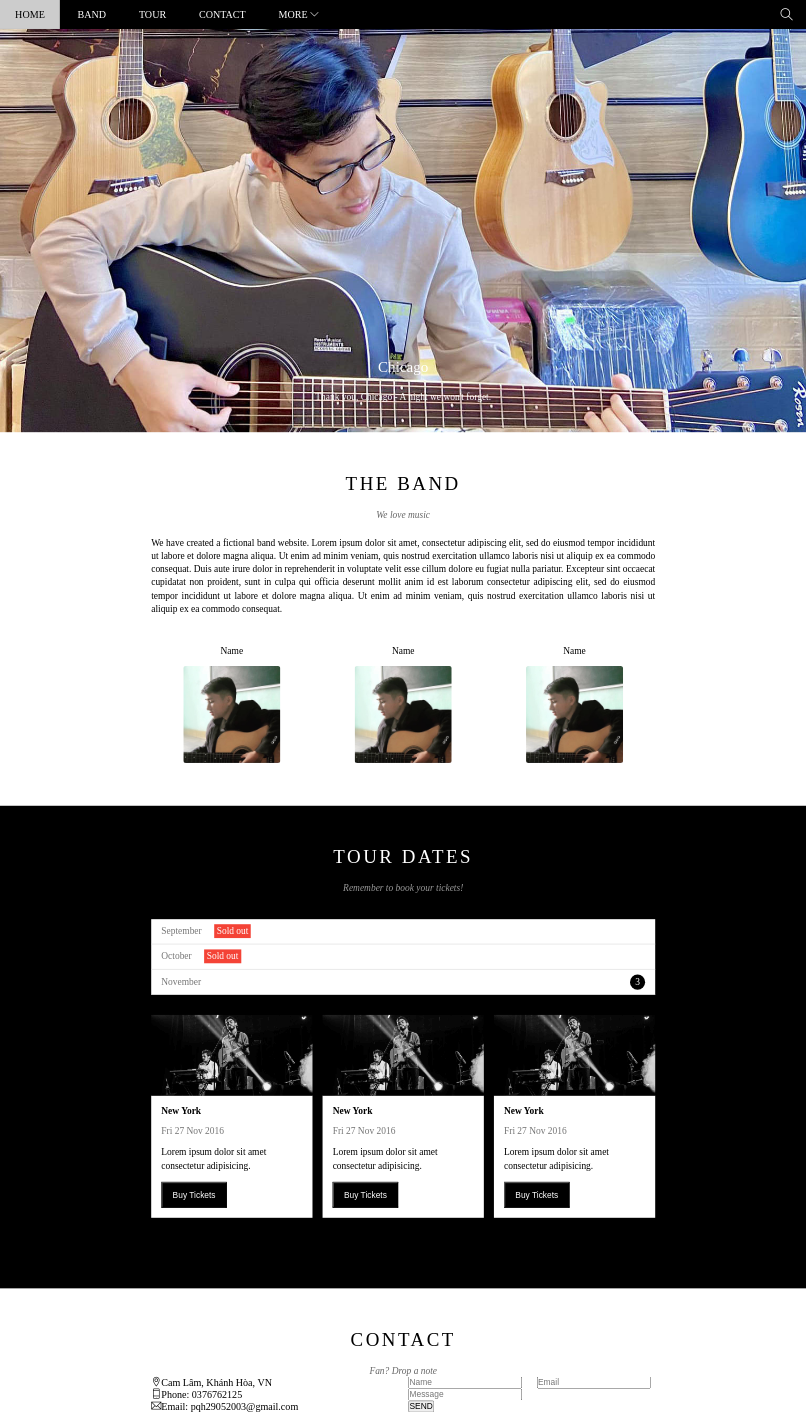
Repository: quochung2k3/Web-Team
Page: index.html
The author's editor kept a copy of each file at every save. The page is drawn from the files as they stood at one save, then again after the next save.
The browser window is 1280 px wide. The pictures show the whole page, at 63% of full size.

Above is the page before, as saved 2023-08-14 22:10:19.

### index.html
<!DOCTYPE html>
<html lang="en">
<head>
    <meta charset="UTF-8">
    <meta name="viewport" content="width=device-width, initial-scale=1.0">
    <title>Web The Band</title>
    <link rel="stylesheet" href="./assets/css/style.css">
    <link rel="stylesheet" href="./assets/fonts/themify-icons/themify-icons.css">
</head>
<body>
    <div id="wrapper">
        <div id="header">
            <ul id="nav">
                <li><a href="">Home</a></li>
                <li><a href="">Band</a></li>
                <li><a href="">Tour</a></li>
                <li><a href="">Contact</a></li>
                <li>
                    <a href="">
                        More
                        <i class="nav-arrow-down ti-angle-down"></i>
                    </a>
                    <ul class="subnav">
                        <li><a href="">Merchandise</a></li>
                        <li><a href="">Extras</a></li>
                        <li><a href="">Media</a></li>
                    </ul>
                </li>
            </ul>
            <div class="search-button">
                <i class="search-icon ti-search"></i>
            </div>
        </div>

        <div id="slider">
            <div class="text-content">
                <h2 class="text-heading">Chicago</h2>
                <div class="text-description">Thank you, Chicago - A night we won't forget.</div>
            </div>
        </div>

        <div id="content">
            <div class="content-section">
                <h2 class="section-heading">THE BAND</h2>
                <p class="section-sub-heading">We love music</p>
                <p class="about-text">
                    We have created a fictional band website. Lorem ipsum dolor sit amet, consectetur adipiscing elit, sed do eiusmod tempor incididunt ut labore et dolore magna aliqua. Ut enim ad minim veniam, quis nostrud exercitation ullamco laboris nisi ut aliquip ex ea commodo consequat. Duis aute irure dolor in reprehenderit in voluptate velit esse cillum dolore eu fugiat nulla pariatur. Excepteur sint occaecat cupidatat non proident, sunt in culpa qui officia deserunt mollit anim id est laborum consectetur adipiscing elit, sed do eiusmod tempor incididunt ut labore et dolore magna aliqua. Ut enim ad minim veniam, quis nostrud exercitation ullamco laboris nisi ut aliquip ex ea commodo consequat.

                </p>
                <div class="row member-list">
                    <div class="col col-third member-items text-center">
                        <p class="member-name">Name</p>
                        <img src="./assets/img/slider2.jpg" alt="" class="member-img">
                    </div>

                    <div class="col col-third member-items text-center">
                        <p class="member-name">Name</p>
                        <img src="./assets/img/slider2.jpg" alt="" class="member-img">
                    </div>

                    <div class="col col-third member-items text-center">
                        <p class="member-name">Name</p>
                        <img src="./assets/img/slider2.jpg" alt="" class="member-img">
                    </div>
                    <div class="clear"></div>
                </div>
            </div>
            <div class="tour-section">
                <div class="content-section">
                    <h2 class="section-heading text-white">TOUR DATES</h2>
                    <p class="section-sub-heading text-white">Remember to book your tickets!</p>
                    <ul class="tickets-list">
                        <li>September <span class="sold-out">Sold out</span></li>
                        <li>October <span class="sold-out">Sold out</span></li>
                        <li>November <span class="quantity">3</span></li>
                    </ul>
                    <div class="row places-List">
                        <div class="col col-third">
                            <img src="./assets/img/slider1.jpg" alt="New York" class="place-img">
                            <div class="place-body">
                                <h3 class="place-heading">New York</h3>
                                <p class="place-time">Fri 27 Nov 2016</p>
                                <p class="place-description">Lorem ipsum dolor sit amet consectetur adipisicing.</p>
                                <button class="btn s-full-width js-buy-ticket">Buy Tickets</button>
                            </div>
                        </div>

                        <div class="col col-third">
                            <img src="./assets/img/slider1.jpg" alt="New York" class="place-img">
                            <div class="place-body">
                                <h3 class="place-heading">New York</h3>
                                <p class="place-time">Fri 27 Nov 2016</p>
                                <p class="place-description">Lorem ipsum dolor sit amet consectetur adipisicing.</p>
                                <button class="btn s-full-width js-buy-ticket">Buy Tickets</button>
                            </div>
                        </div>

                        <div class="col col-third">
                            <img src="./assets/img/slider1.jpg" alt="New York" class="place-img">
                            <div class="place-body">
                                <h3 class="place-heading">New York</h3>
                                <p class="place-time">Fri 27 Nov 2016</p>
                                <p class="place-description">Lorem ipsum dolor sit amet consectetur adipisicing.</p>
                                <button class="btn s-full-width js-buy-ticket">Buy Tickets</button>
                            </div>
                        </div>
                        <div class="clear"></div>
                    </div>
                </div>
            </div>
            <div class="content-section">
                <h2 class="section-heading">CONTACT</h2>
                <p class="section-sub-heading">Fan? Drop a note</p>

                <div class="row contact-content">
                    <div class="col col-half">
                        <p><i class="ti-location-pin"></i>Cam Lâm, Khánh Hòa, VN</p>
                        <p><i class="ti-mobile"></i>Phone: 0376762125</p>
                        <p><i class="ti-email"></i>Email: pqh29052003@gmail.com</p>
                    </div>
                    <div class="col col-half">
                        <form action="">
                            <div class="row">
                                <div class="col col-half">
                                    <input type="text" placeholder="Name" class="form-control">
                                </div>
                                <div class="col col-half">
                                    <input type="email" placeholder="Email" class="form-control">
                                </div>
                            </div>
                            <div class="row">
                                <div class="col col-full">
                                    <input type="text" placeholder="Message" class="form-control">
                                </div>
                            </div>
                            <input type="submit" value="SEND">
                        </form>
                    </div>
                </div>
            </div>
        </div>

        <div id="footer">

        </div>

        <div class="modal js-modal">
            <div class="modal-container js-modal-container">
                <div class="modal-close js-modal-close">
                    <i class="ti-close"></i>
                </div>
                <header class="modal-header">
                    <i class="modal-heading-icon ti-bag"></i>
                    Tickets
                </header>

                <div class="modal-body">
                    <label for="ticket-quantity" class="modal-label">
                        <i class="ti-shopping-cart"></i>
                        Tickets, $15 per person
                    </label>
                    <input id="ticket-quantity" type="text" class="modal-input" placeholder="How many?">

                    <label for="ticket-email" class="modal-label">
                        <i class="ti-shopping-cart"></i>
                        Send to
                    </label>
                    <input id="ticket-email" type="text" class="modal-input" placeholder="Enter email ...">

                    <button id="buy-tickets">
                        Pay <i class="ti-check"></i>
                    </button>
                </div>
                <footer class="modal-footer">
                    <p class="modal-help">Need <a href="">help?</a></p>
                </footer>
            </div>
        </div>
    </div>
    <script src="./showBuyTicket.js"></script>
</body>
</html>

### assets/css/style.css
* {
    margin: 0;
    padding: 0;
    box-sizing: border-box;
}

.html {
    font-family: Arial, Helvetica, sans-serif;
}

.clear {
    clear: both;
}

.text-white {
    color: #fff !important;
}

.text-center {
    text-align: center !important;
}

.row {
    margin: 0 -8px;
}

.col {
    float: left;
    padding: 0 8px;
}

.col-full {
    width: 100%;
}

.col-half {
    width: 50%;
}

.col-third {
    width: calc(100%/3);
}

#wrapper {

}

#header {
    position: fixed;
    top: 0;
    left: 0;
    right: 0;
    background-color: #000;
    height: 46px;
    z-index: 1;
}

#nav {
    display: inline-block;
}

#nav .subnav {
    list-style-type: none;
}

#nav > li {
    display: inline-block;
}

#nav li {
    position: relative;
}

#nav > li > a {
    color: #fff;
    text-transform: uppercase;
}

#nav li a {
    text-decoration: none;
    line-height: 46px;
    padding: 0 24px;
    display: block;
}

#nav li:hover .subnav {
    display: block;
}

#nav > li:hover > a,
#nav .subnav li:hover a {
    background-color: #ccc;
    color: #000;
}

#nav .subnav {
    display: none;
    min-width: 160px;
    top: 100%;
    left: 0;
    position: absolute;
    background-color: #fff;
    box-shadow: 0 0 10px rgba(0, 0, 0, 0.3);
}

#nav .subnav a {
    color: #000;
    padding: 0 12px;
    line-height: 38px;
}

#nav .nav-arrow-down {
    font-size: 14px;
}

#header .search-button {
    float: right;
    padding: 0 21px;
}

#header .search-icon {
    color: #fff;
    font-size: 20px;
    line-height: 46px;
}

#header .search-button:hover {
    background-color: #f44336;
    cursor: pointer;
}

#slider {
    margin-top: 46px;
    padding-top: 50%;
    background-image: url(../img/slider3.jpg);
    background-repeat: no-repeat;
    background-size: cover;
    background-position: top center;
    position: relative;
}

#slider .text-content {
    position: absolute;
    bottom: 47px;
    color: #fff;
    width: 100%;
    text-align: center;
}

#slider .text-heading {
    font-weight: 500;
    font-size: 24px;
}

#slider .text-description {
    font-size: 15px;
    margin-top: 25px;
}

#content {

}

#content .content-section {
    width: 800px;
    margin: 0 auto;
    padding: 64px 0;
}

#content .section-heading {
    font-size: 30px;
    font-weight: 500;
    text-align: center;
    letter-spacing: 4px;
}

#content .section-sub-heading {
    font-size: 15px;
    font-style: italic;
    text-align: center;
    margin-top: 25px;
    opacity: 0.6;
}

#content .about-text {
    font-size: 15px;
    margin-top: 25px;
    text-align: justify;
    line-height: 1.4;
}

#content .member-list {
    margin-top: 48px;
}

#content .member-name {
    font-size: 15px;
}

#content .member-img {
    margin-top: 15px;
    width: 154px;
    border-radius: 4px;
}

.tour-section {
    background-color: #000;
}

.tickets-list {
    background-color: #fff;
    margin-top: 40px;
}

.tickets-list li {
    font-size: 15px;
    list-style: none;
    padding: 11px 16px;
    border-bottom: 1px solid #ddd;
    color: #757575;
}

.tickets-list .sold-out {
    background-color: #f44336;
    color: #fff;
    padding: 3px 4px;
    margin-left: 16px;
}

.tickets-list .quantity {
    float: right;
    width: 24px;
    height: 24px;
    background-color: #000;
    color: #fff;
    border-radius: 50%;
    text-align: center;
    line-height: 24px;
    margin-top: -3px;
}

.places-List {
    margin-top: 32px;
    margin-bottom: 48px;
}

.place-img {
    width: 100%;
    display: block;
}

.place-img:hover {
    opacity: 0.6;
}

.place-body {
    background-color: #fff;
    font-size: 15px;
    padding: 16px;
}

.place-heading {
    font-size: 15px;
    font-weight: 600;
}

.place-time {
    margin-top: 15px;
    color: #757575;
}

.place-description {
    margin-top: 15px;
    line-height: 1.4;
}

.s-full-width {
    margin-top: 15px;
    text-decoration: none;
    color: #fff;
    background-color: #000;
    padding: 11px 16px;
    display: inline-block;
}

.s-full-width:hover {
    color: #000;
    background-color: #ccc;
}

/* CONTACT FORM */

.contact-content {

}

#footer {

}

.modal {
    position: fixed;
    top: 0;
    right: 0;
    bottom: 0;
    left: 0;
    background: rgba(0, 0, 0, 0.4);
    display: none;
    align-items: center;
    justify-content: center;
}

.modal.open {
    display: flex;
}

.modal-container {
    background-color: #fff;
    width: 900px;
    max-width: calc(100%-32px);
    min-height: 200px;
    position: relative;
    animation: modalFadeIn ease 0.5s;
}

.modal-close {
    position: absolute;
    top: 0;
    right: 0;
    color: #fff;
    padding: 12px;
    cursor: pointer;
    opacity: 0.8;
}

.modal-close:hover {
    opacity: 1;
}

.ti-close {

}

.modal-header {
    background-color: #009688;
    color: #fff;
    font-size: 30px;
    height: 130px;
    display: flex;
    align-items: center;
    justify-content: center;
}

.modal-heading-icon {
    margin-right: 16px;
}

.modal-body {
    padding: 16px;
}

.modal-label {
    display: block;
    font-size: 15px;
    margin-bottom: 12px;
}

.ti-shopping {

}

.modal-input {
    border: 1px solid #ccc;
    width: 100%;
    padding: 10px;
    font-size: 15px;
    margin-bottom: 24px;
}

#buy-tickets {
    background-color: #009688;
    border: none;
    color: #fff;
    width: 100%;
    font-size: 15px;
    text-transform: uppercase;
    padding: 18px;
    cursor: pointer;
}

#buy-tickets:hover {
    opacity: 0.9;
}

.modal-footer {
    padding: 16px;
    text-align: right;
}

.modal-footer a {
    color: #2196F3;
}

.modal-help {

}

@keyframes modalFadeIn {
    from {
        opacity: 0;
        transform: translateY(-140px);
    }
    to {
        opacity: 1;
        transform: translateY(0);
    }
}

### showBuyTicket.js
const buyBtns = document.querySelectorAll('.js-buy-ticket')
const modal = document.querySelector('.js-modal')
const modalContainer = document.querySelector('.js-modal-container')
const modalClose = document.querySelector('.js-modal-close')
modalClose.addEventListener('click', hideBuyTickets)
function showBuyTickets() {
    modal.classList.add('open')
}

function hideBuyTickets() {
    modal.classList.remove('open')
}

for(const buyBtn of buyBtns) {
    buyBtn.addEventListener('click', showBuyTickets)
}
modal.addEventListener('click', hideBuyTickets)
modalContainer.addEventListener('click', function(event) {
    event.stopPropagation()
})

Loaded but not shown: assets/fonts/themify-icons/themify-icons.css (common file)

After the next save:
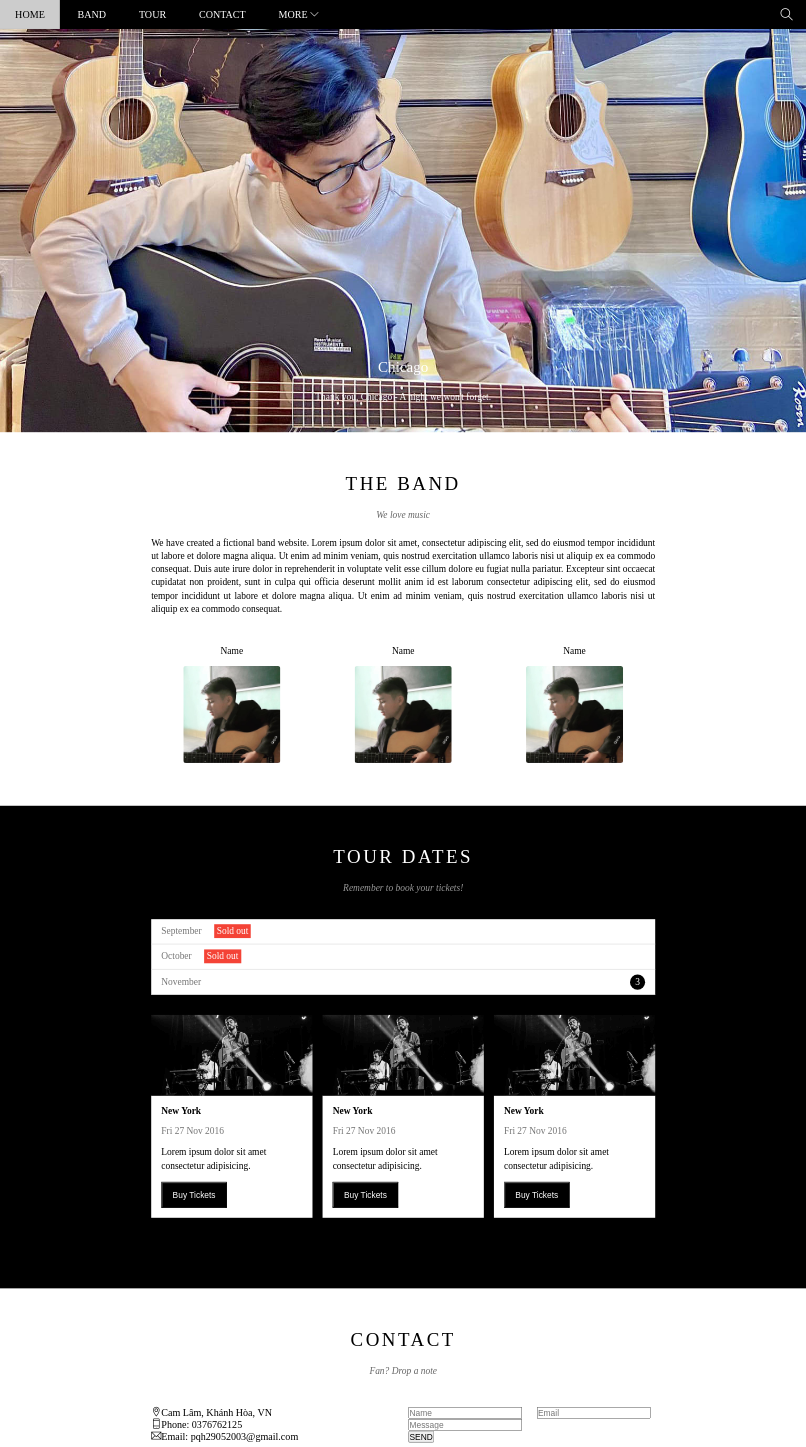
Saved 3 s later.
--- a/assets/css/style.css
+++ b/assets/css/style.css
@@ -291,7 +291,7 @@
 /* CONTACT FORM */
 
 .contact-content {
-
+    margin-top: 48px;
 }
 
 #footer {
